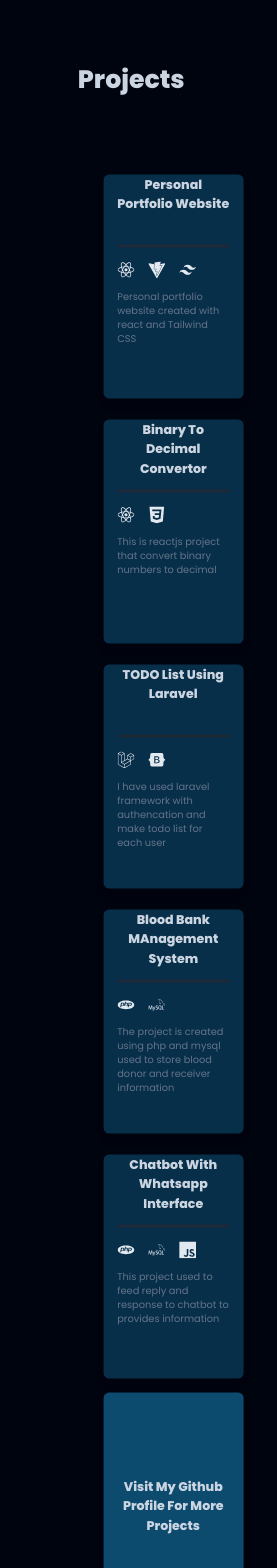
Repository: sibi24sibi/MyPersonalPortfolio
Page: /
The author's editor kept a copy of each file at every save. The page is drawn from the files as they stood at one save, then again after the next save.
The browser window is 375 px wide. The page is 395 px wide, so the pictures cover 395 px, including what lies to the right of the window. The pictures show the part of the page from y = 1978 to 4218 px (the page is 5396 px tall), at 70% of full size.
The project was rebuilt for these pictures with package versions that can differ from the ones it lists, and the page was loaded fresh each time. Also part of the build but not shown: vite.config.js, src/components/Menu.jsx, src/components/Footer.jsx.

Above is the page before, as saved 2024-05-03 20:24:28.

After the next save:
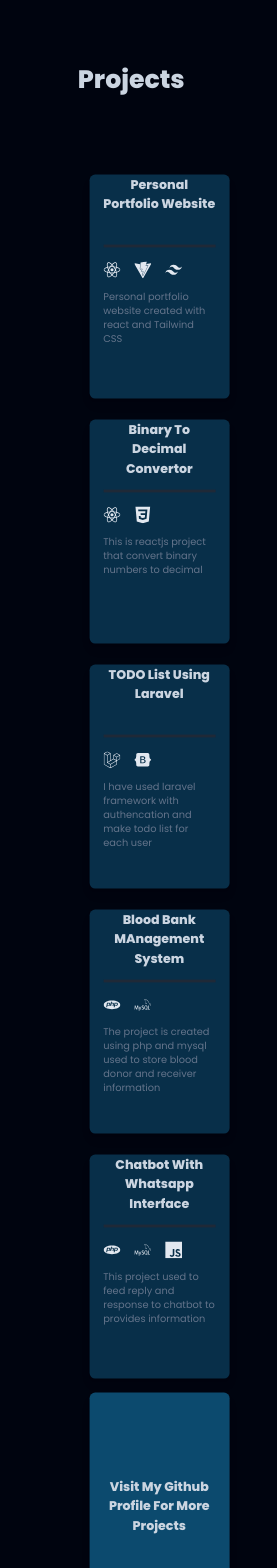
Saved 6 s later.
--- a/src/components/proj_style.css
+++ b/src/components/proj_style.css
@@ -29,7 +29,7 @@
 
   .card {
     position:relative;
-    left:60px;
+    left:40px;
     padding-bottom:unset;
     top: 0px;
     margin:10px;
